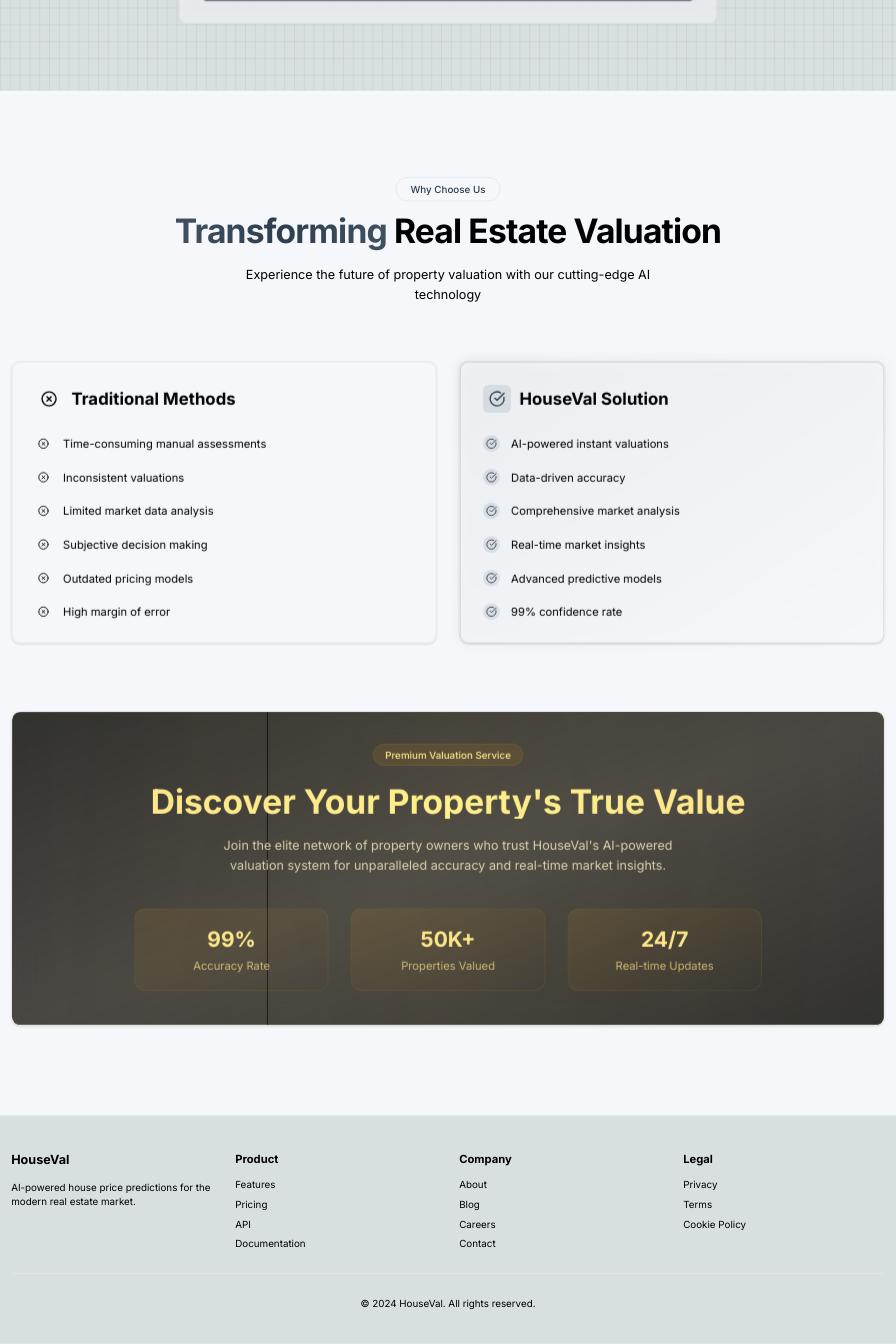
Repository: Rayyy-dev/HouseVal
Page: /
An editor plug-in stored every save of this project. The page is shown before and after the next save, followed by the edit.
The browser window is 1280 px wide. The pictures show the part of the page from y = 2624 to 4544 px (the page is 4544 px tall before and 4494 px after), at 70% of full size.
The project was rebuilt for these pictures with package versions that can differ from the ones it lists, and the page was loaded fresh each time. The framework's server and built-in components were replaced by stand-ins that run in the browser. Also part of the build but not shown: next.config.ts. Imported but missing from the stored project, and not drawn on this page: src/components/ui/command.

Above is the page before, as saved 2025-01-18 13:46:20.

### src/app/layout.tsx
import type { Metadata } from "next";
import { Inter } from "next/font/google";
import "./globals.css";
import { Toaster } from "sonner";

const inter = Inter({ subsets: ["latin"] });

export const metadata: Metadata = {
  title: "HouseVal - AI-Powered House Price Predictor",
  description: "Get instant, accurate house price estimates powered by AI",
};

export default function RootLayout({
  children,
}: {
  children: React.ReactNode;
}) {
  return (
    <html lang="en">
      <body className={inter.className}>
        {children}
        <Toaster richColors position="top-center" />
      </body>
    </html>
  );
}

### src/app/page.tsx
import { Header } from "@/components/landing-page/sections/header";
import { Hero } from "@/components/landing-page/sections/hero";
import { Integrations } from "@/components/landing-page/sections/integrations";
import { Benefits } from "@/components/landing-page/sections/benefits";
import { PricePredictor } from "@/components/landing-page/sections/price-predictor";
import { Solution } from "@/components/landing-page/sections/solution";
import { Footer } from "@/components/landing-page/sections/footer";

export default function Home() {
  return (
    <div className="min-h-screen bg-background">
      <Header />
      <Hero />
      <Integrations />
      <Benefits />
      <PricePredictor />
      <Solution />
      <Footer />
    </div>
  );
}

### src/components/landing-page/sections/solution.tsx
"use client";

import { motion } from "framer-motion";
import { Card, CardContent } from "@/components/ui/card";
import { CheckCircle, XCircle } from "lucide-react";
import { cn } from "@/lib/utils";

export function Solution() {
  return (
    <section className="py-32 relative overflow-hidden">
      {/* Sophisticated Background */}
      <div className="absolute inset-0">
        <div className="absolute inset-0 bg-gradient-to-br from-destructive/5 via-transparent to-primary/5" />
        <motion.div
          initial={{ opacity: 0 }}
          animate={{ opacity: 1 }}
          transition={{ duration: 1.5 }}
          className="absolute inset-0"
        >
          <div className="absolute left-0 right-0 top-0 -z-10 m-auto h-[310px] w-[310px] rounded-full bg-primary/5 blur-[120px] animate-pulse-slow" />
          <div className="absolute left-1/3 right-0 top-1/2 -z-10 h-[250px] w-[250px] rounded-full bg-destructive/5 blur-[120px] animate-pulse-slow delay-300" />
        </motion.div>
      </div>

      <div className="container mx-auto px-4 relative">
        {/* Enhanced Header */}
        <motion.div
          initial={{ opacity: 0, y: 20 }}
          whileInView={{ opacity: 1, y: 0 }}
          viewport={{ once: true }}
          transition={{ duration: 0.7, ease: "easeOut" }}
          className="text-center mb-20"
        >
          <motion.div
            initial={{ scale: 0.95, opacity: 0 }}
            whileInView={{ scale: 1, opacity: 1 }}
            transition={{ duration: 0.5, delay: 0.2 }}
            className="inline-block mb-6"
          >
            <span className="px-5 py-2 rounded-full bg-primary/8 text-primary text-sm font-medium border border-primary/10">
              Why Choose Us
            </span>
          </motion.div>
          <h2 className="text-4xl md:text-5xl font-bold mb-6 tracking-tight">
            <span className="bg-gradient-to-r from-primary/90 via-primary to-primary/90 bg-clip-text text-transparent">Transforming</span>
            <span className="text-foreground"> Real Estate Valuation</span>
          </h2>
          <p className="text-lg text-muted-foreground/90 max-w-2xl mx-auto leading-relaxed">
            Experience the future of property valuation with our cutting-edge AI technology
          </p>
        </motion.div>

        {/* Enhanced Cards Grid */}
        <div className="grid grid-cols-1 lg:grid-cols-2 gap-8">
          <motion.div
            initial={{ opacity: 0, x: -20 }}
            whileInView={{ opacity: 1, x: 0 }}
            viewport={{ once: true }}
            transition={{ duration: 0.7 }}
          >
            <Card className="relative group h-full">
              <div className="absolute -inset-0.5 bg-gradient-to-br from-destructive/20 to-destructive/0 rounded-2xl blur opacity-50 group-hover:opacity-75 transition duration-300" />
              <div className="relative h-full bg-background/50 backdrop-blur-sm rounded-xl p-8 border border-destructive/20">
                <h3 className="text-2xl font-bold mb-8 flex items-center gap-3">
                  <div className="p-2 rounded-lg bg-destructive/10">
                    <XCircle className="text-destructive h-6 w-6" />
                  </div>
                  Traditional Methods
                </h3>
                <CardContent className="space-y-6 p-0">
                  {[
                    "Time-consuming manual assessments",
                    "Inconsistent valuations",
                    "Limited market data analysis",
                    "Subjective decision making",
                    "Outdated pricing models",
                    "High margin of error"
                  ].map((item, i) => (
                    <motion.div
                      initial={{ opacity: 0, x: -10 }}
                      whileInView={{ opacity: 1, x: 0 }}
                      viewport={{ once: true }}
                      transition={{ duration: 0.5, delay: i * 0.1 }}
                      key={i}
                      className="flex items-start gap-4 group"
                    >
                      <div className="h-6 w-6 rounded-full bg-destructive/10 flex items-center justify-center shrink-0 group-hover:bg-destructive/20 transition-colors">
                        <XCircle className="h-4 w-4 text-destructive" />
                      </div>
                      <p className="text-muted-foreground group-hover:text-foreground transition-colors">{item}</p>
                    </motion.div>
                  ))}
                </CardContent>
              </div>
            </Card>
          </motion.div>

          <motion.div
            initial={{ opacity: 0, x: 20 }}
            whileInView={{ opacity: 1, x: 0 }}
            viewport={{ once: true }}
            transition={{ duration: 0.7 }}
          >
            <Card className="relative group h-full">
              <div className="absolute -inset-0.5 bg-gradient-to-br from-primary/20 to-primary/0 rounded-2xl blur opacity-50 group-hover:opacity-75 transition duration-300" />
              <div className="relative h-full bg-background/50 backdrop-blur-sm rounded-xl p-8 border border-primary/20">
                <h3 className="text-2xl font-bold mb-8 flex items-center gap-3">
                  <div className="p-2 rounded-lg bg-primary/10">
                    <CheckCircle className="text-primary h-6 w-6" />
                  </div>
                  HouseVal Solution
                </h3>
                <CardContent className="space-y-6 p-0">
                  {[
                    "AI-powered instant valuations",
                    "Data-driven accuracy",
                    "Comprehensive market analysis",
                    "Real-time market insights",
                    "Advanced predictive models",
                    "99% confidence rate"
                  ].map((item, i) => (
                    <motion.div
                      initial={{ opacity: 0, x: 10 }}
                      whileInView={{ opacity: 1, x: 0 }}
                      viewport={{ once: true }}
                      transition={{ duration: 0.5, delay: i * 0.1 }}
                      key={i}
                      className="flex items-start gap-4 group"
                    >
                      <div className="h-6 w-6 rounded-full bg-primary/10 flex items-center justify-center shrink-0 group-hover:bg-primary/20 transition-colors">
                        <CheckCircle className="h-4 w-4 text-primary" />
                      </div>
                      <p className="text-muted-foreground group-hover:text-foreground transition-colors">{item}</p>
                    </motion.div>
                  ))}
                </CardContent>
              </div>
            </Card>
          </motion.div>
        </div>

        {/* CTA Section */}
        <motion.div
          initial={{ opacity: 0, y: 20 }}
          whileInView={{ opacity: 1, y: 0 }}
          viewport={{ once: true }}
          transition={{ duration: 0.7 }}
          className="mt-24"
        >
          <Card className="relative group overflow-hidden">
            <div className="absolute inset-0 bg-[radial-gradient(circle_at_top_right,rgba(251,191,36,0.1),transparent_50%),radial-gradient(circle_at_bottom_left,rgba(251,191,36,0.1),transparent_50%)]" />
            <div className="absolute -inset-0.5 bg-gradient-to-br from-amber-200/20 via-amber-500/5 to-amber-200/20 rounded-2xl blur opacity-75" />

            <div className="relative bg-gradient-to-br from-black/80 via-black/70 to-black/80 backdrop-blur-xl rounded-xl border border-amber-200/10">
              <div className="absolute inset-0 bg-[linear-gradient(to_right,transparent,rgba(251,191,36,0.05)_50%,transparent)]" />

              <div className="relative p-12">
                <div className="flex flex-col items-center text-center max-w-4xl mx-auto">
                  <motion.div
                    initial={{ opacity: 0, y: 10 }}
                    whileInView={{ opacity: 1, y: 0 }}
                    transition={{ duration: 0.5 }}
                    className="mb-8"
                  >
                    <span className="px-4 py-1.5 rounded-full bg-amber-500/10 text-amber-200 text-sm font-medium border border-amber-500/20">
                      Premium Valuation Service
                    </span>
                  </motion.div>

                  <motion.h3
                    initial={{ opacity: 0, y: 10 }}
                    whileInView={{ opacity: 1, y: 0 }}
                    transition={{ duration: 0.5, delay: 0.1 }}
                    className="text-4xl md:text-5xl font-bold mb-6 bg-gradient-to-r from-amber-200 via-yellow-200 to-amber-200 bg-clip-text text-transparent"
                  >
                    Discover Your Property's True Value
                  </motion.h3>

                  <motion.p
                    initial={{ opacity: 0, y: 10 }}
                    whileInView={{ opacity: 1, y: 0 }}
                    transition={{ duration: 0.5, delay: 0.2 }}
                    className="text-lg text-amber-100/80 mb-12 max-w-2xl"
                  >
                    Join the elite network of property owners who trust HouseVal's AI-powered valuation system for unparalleled accuracy and real-time market insights.
                  </motion.p>

                  <motion.div
                    initial={{ opacity: 0, scale: 0.95 }}
                    whileInView={{ opacity: 1, scale: 1 }}
                    transition={{ duration: 0.5, delay: 0.3 }}
                    className="grid grid-cols-1 md:grid-cols-3 gap-8 w-full"
                  >
                    {[
                      {
                        stat: "99%",
                        label: "Accuracy Rate",
                      },
                      {
                        stat: "50K+",
                        label: "Properties Valued",
                      },
                      {
                        stat: "24/7",
                        label: "Real-time Updates",
                      }
                    ].map((item, i) => (
                      <div key={i} className="flex flex-col items-center p-6 rounded-2xl bg-gradient-to-br from-amber-500/10 to-transparent border border-amber-500/10">
                        <span className="text-3xl font-bold text-amber-200 mb-2">{item.stat}</span>
                        <span className="text-amber-200/70">{item.label}</span>
                      </div>
                    ))}
                  </motion.div>
                </div>
              </div>
            </div>
          </Card>
        </motion.div>
      </div>
    </section>
  );
}

### src/components/ui/input.tsx
import * as React from "react"

import { cn } from "@/lib/utils"

export interface InputProps extends React.InputHTMLAttributes<HTMLInputElement> {}

const Input = React.forwardRef<HTMLInputElement, InputProps>(
  ({ className, type, ...props }, ref) => {
    return (
      <input
        type={type}
        className={cn(
          "flex h-9 w-full rounded-md border border-input bg-transparent px-3 py-1 text-base shadow-sm transition-colors file:border-0 file:bg-transparent file:text-sm file:font-medium file:text-foreground placeholder:text-muted-foreground focus-visible:outline-none focus-visible:ring-1 focus-visible:ring-ring disabled:cursor-not-allowed disabled:opacity-50 md:text-sm",
          className
        )}
        ref={ref}
        {...props}
      />
    )
  }
)
Input.displayName = "Input"

export { Input }

### src/components/ui/label.tsx
"use client"

import * as React from "react"
import * as LabelPrimitive from "@radix-ui/react-label"
import { cva, type VariantProps } from "class-variance-authority"

import { cn } from "@/lib/utils"

const labelVariants = cva(
  "text-sm font-medium leading-none peer-disabled:cursor-not-allowed peer-disabled:opacity-70"
)

const Label = React.forwardRef<
  React.ElementRef<typeof LabelPrimitive.Root>,
  React.ComponentPropsWithoutRef<typeof LabelPrimitive.Root> &
    VariantProps<typeof labelVariants>
>(({ className, ...props }, ref) => (
  <LabelPrimitive.Root
    ref={ref}
    className={cn(labelVariants(), className)}
    {...props}
  />
))
Label.displayName = LabelPrimitive.Root.displayName

export { Label }

### src/components/landing-page/housing/locations.ts
// Extract unique cities and states from the CSV
export const locations = [
  // New York
  { value: 'new-york-ny', label: 'New York, NY', factor: 2.0 },
  { value: 'brooklyn-ny', label: 'Brooklyn, NY', factor: 1.8 },
  { value: 'queens-ny', label: 'Queens, NY', factor: 1.6 },

  // California
  { value: 'los-angeles-ca', label: 'Los Angeles, CA', factor: 1.9 },
  { value: 'san-francisco-ca', label: 'San Francisco, CA', factor: 2.1 },
  { value: 'san-diego-ca', label: 'San Diego, CA', factor: 1.7 },

  // Texas
  { value: 'austin-tx', label: 'Austin, TX', factor: 1.5 },
  { value: 'houston-tx', label: 'Houston, TX', factor: 1.3 },
  { value: 'dallas-tx', label: 'Dallas, TX', factor: 1.4 },

  // Florida
  { value: 'miami-fl', label: 'Miami, FL', factor: 1.6 },
  { value: 'orlando-fl', label: 'Orlando, FL', factor: 1.3 },

  // Washington
  { value: 'seattle-wa', label: 'Seattle, WA', factor: 1.8 },

  // Illinois
  { value: 'chicago-il', label: 'Chicago, IL', factor: 1.5 },

  // Massachusetts
  { value: 'boston-ma', label: 'Boston, MA', factor: 1.9 },

  // And more major cities...
] as const;

Loaded but not shown: src/lib/utils.ts (common file); src/components/landing-page/sections/hero.tsx (333 lines, source omitted); src/app/globals.css (956 lines, source omitted); src/components/landing-page/sections/price-predictor.tsx (381 lines, source omitted); src/components/landing-page/sections/benefits.tsx (160 lines, source omitted); src/components/ui/button.tsx (57 lines, source omitted); src/components/ui/card.tsx (76 lines, source omitted); src/components/landing-page/sections/integrations.tsx (57 lines, source omitted); src/components/landing-page/sections/header.tsx (38 lines, source omitted); src/components/landing-page/sections/footer.tsx (51 lines, source omitted); src/components/ui/avatar-stack.tsx (47 lines, source omitted); tailwind.config.ts (59 lines, source omitted); src/components/ui/popover.tsx (33 lines, source omitted)

After the next save:
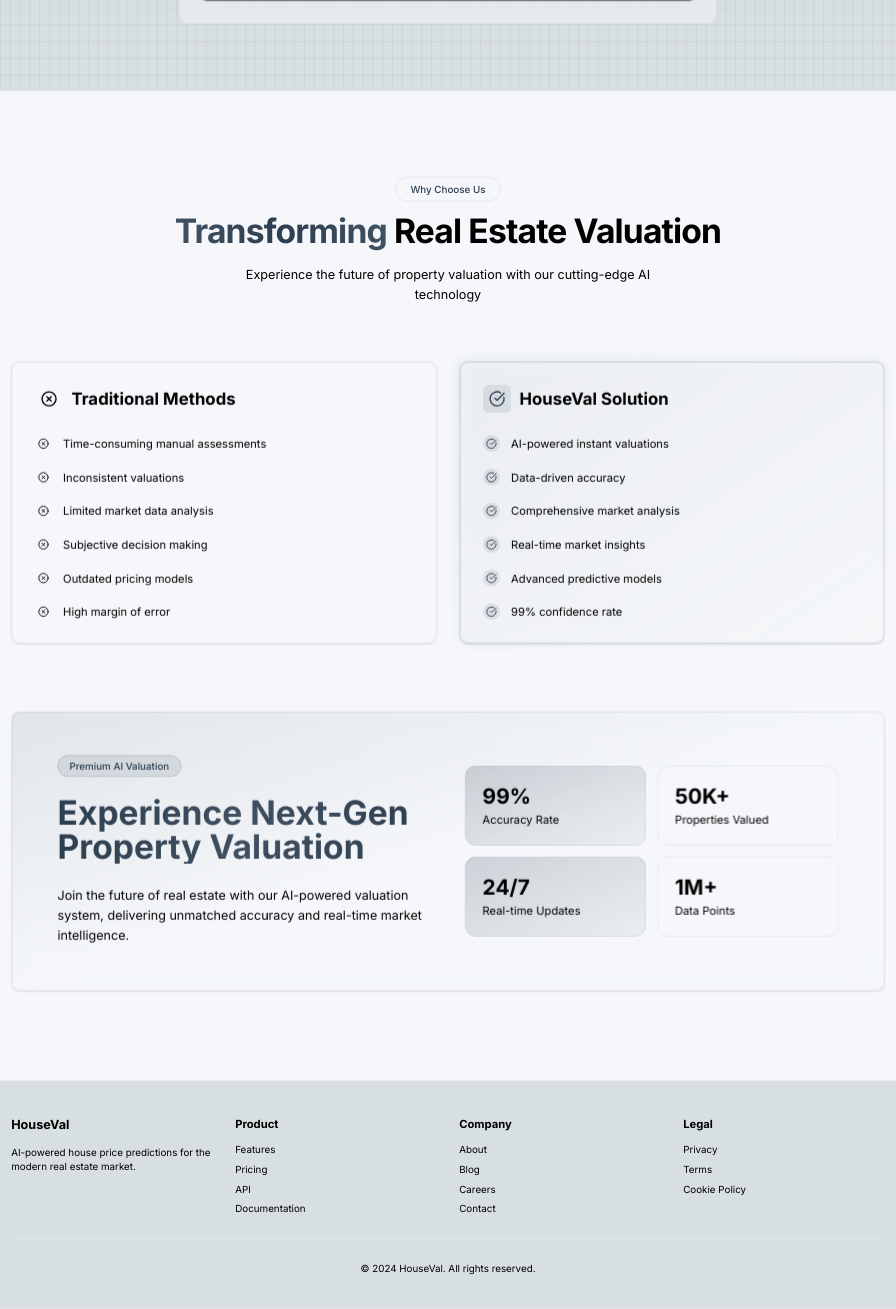
Saved 77 s later.
--- a/src/components/landing-page/sections/solution.tsx
+++ b/src/components/landing-page/sections/solution.tsx
@@ -148,66 +148,85 @@
           className="mt-24"
         >
           <Card className="relative group overflow-hidden">
-            <div className="absolute inset-0 bg-[radial-gradient(circle_at_top_right,rgba(251,191,36,0.1),transparent_50%),radial-gradient(circle_at_bottom_left,rgba(251,191,36,0.1),transparent_50%)]" />
-            <div className="absolute -inset-0.5 bg-gradient-to-br from-amber-200/20 via-amber-500/5 to-amber-200/20 rounded-2xl blur opacity-75" />
-
-            <div className="relative bg-gradient-to-br from-black/80 via-black/70 to-black/80 backdrop-blur-xl rounded-xl border border-amber-200/10">
-              <div className="absolute inset-0 bg-[linear-gradient(to_right,transparent,rgba(251,191,36,0.05)_50%,transparent)]" />
-
-              <div className="relative p-12">
-                <div className="flex flex-col items-center text-center max-w-4xl mx-auto">
-                  <motion.div
-                    initial={{ opacity: 0, y: 10 }}
-                    whileInView={{ opacity: 1, y: 0 }}
-                    transition={{ duration: 0.5 }}
-                    className="mb-8"
-                  >
-                    <span className="px-4 py-1.5 rounded-full bg-amber-500/10 text-amber-200 text-sm font-medium border border-amber-500/20">
-                      Premium Valuation Service
-                    </span>
-                  </motion.div>
-
-                  <motion.h3
-                    initial={{ opacity: 0, y: 10 }}
-                    whileInView={{ opacity: 1, y: 0 }}
-                    transition={{ duration: 0.5, delay: 0.1 }}
-                    className="text-4xl md:text-5xl font-bold mb-6 bg-gradient-to-r from-amber-200 via-yellow-200 to-amber-200 bg-clip-text text-transparent"
-                  >
-                    Discover Your Property's True Value
-                  </motion.h3>
-
-                  <motion.p
-                    initial={{ opacity: 0, y: 10 }}
-                    whileInView={{ opacity: 1, y: 0 }}
-                    transition={{ duration: 0.5, delay: 0.2 }}
-                    className="text-lg text-amber-100/80 mb-12 max-w-2xl"
-                  >
-                    Join the elite network of property owners who trust HouseVal's AI-powered valuation system for unparalleled accuracy and real-time market insights.
-                  </motion.p>
-
+            {/* Modern gradient background */}
+            <div className="absolute inset-0">
+              <div className="absolute inset-0 bg-gradient-to-br from-primary/10 via-background to-destructive/10" />
+              <div className="absolute inset-0 bg-[radial-gradient(circle_at_top_right,rgba(var(--primary),0.1),transparent_50%),radial-gradient(circle_at_bottom_left,rgba(var(--destructive),0.1),transparent_50%)]" />
+            </div>
+
+            <div className="relative backdrop-blur-xl rounded-xl border border-primary/10">
+              <div className="relative p-12 md:p-16">
+                <div className="flex flex-col lg:flex-row items-center gap-12 max-w-6xl mx-auto">
+                  {/* Left Content */}
+                  <div className="flex-1 text-left space-y-8">
+                    <motion.div
+                      initial={{ opacity: 0, y: 10 }}
+                      whileInView={{ opacity: 1, y: 0 }}
+                      transition={{ duration: 0.5 }}
+                    >
+                      <span className="px-4 py-1.5 rounded-full bg-primary/10 text-primary text-sm font-medium border border-primary/20">
+                        Premium AI Valuation
+                      </span>
+                    </motion.div>
+
+                    <motion.h3
+                      initial={{ opacity: 0, y: 10 }}
+                      whileInView={{ opacity: 1, y: 0 }}
+                      transition={{ duration: 0.5, delay: 0.1 }}
+                      className="text-4xl md:text-5xl font-bold bg-gradient-to-r from-primary via-primary/90 to-primary bg-clip-text text-transparent"
+                    >
+                      Experience Next-Gen Property Valuation
+                    </motion.h3>
+
+                    <motion.p
+                      initial={{ opacity: 0, y: 10 }}
+                      whileInView={{ opacity: 1, y: 0 }}
+                      transition={{ duration: 0.5, delay: 0.2 }}
+                      className="text-lg text-muted-foreground/90 max-w-xl"
+                    >
+                      Join the future of real estate with our AI-powered valuation system, delivering unmatched accuracy and real-time market intelligence.
+                    </motion.p>
+                  </div>
+
+                  {/* Right Stats Grid */}
                   <motion.div
                     initial={{ opacity: 0, scale: 0.95 }}
                     whileInView={{ opacity: 1, scale: 1 }}
                     transition={{ duration: 0.5, delay: 0.3 }}
-                    className="grid grid-cols-1 md:grid-cols-3 gap-8 w-full"
+                    className="flex-1 grid grid-cols-2 gap-4 w-full"
                   >
                     {[
                       {
                         stat: "99%",
                         label: "Accuracy Rate",
+                        gradient: "from-primary/20 to-primary/5"
                       },
                       {
                         stat: "50K+",
                         label: "Properties Valued",
+                        gradient: "from-destructive/20 to-destructive/5"
                       },
                       {
                         stat: "24/7",
                         label: "Real-time Updates",
+                        gradient: "from-primary/20 to-primary/5"
+                      },
+                      {
+                        stat: "1M+",
+                        label: "Data Points",
+                        gradient: "from-destructive/20 to-destructive/5"
                       }
                     ].map((item, i) => (
-                      <div key={i} className="flex flex-col items-center p-6 rounded-2xl bg-gradient-to-br from-amber-500/10 to-transparent border border-amber-500/10">
-                        <span className="text-3xl font-bold text-amber-200 mb-2">{item.stat}</span>
-                        <span className="text-amber-200/70">{item.label}</span>
+                      <div
+                        key={i}
+                        className={cn(
+                          "flex flex-col justify-center p-6 rounded-2xl border border-primary/10",
+                          "bg-gradient-to-br backdrop-blur-sm",
+                          item.gradient
+                        )}
+                      >
+                        <span className="text-3xl font-bold text-foreground mb-1">{item.stat}</span>
+                        <span className="text-muted-foreground/80">{item.label}</span>
                       </div>
                     ))}
                   </motion.div>
